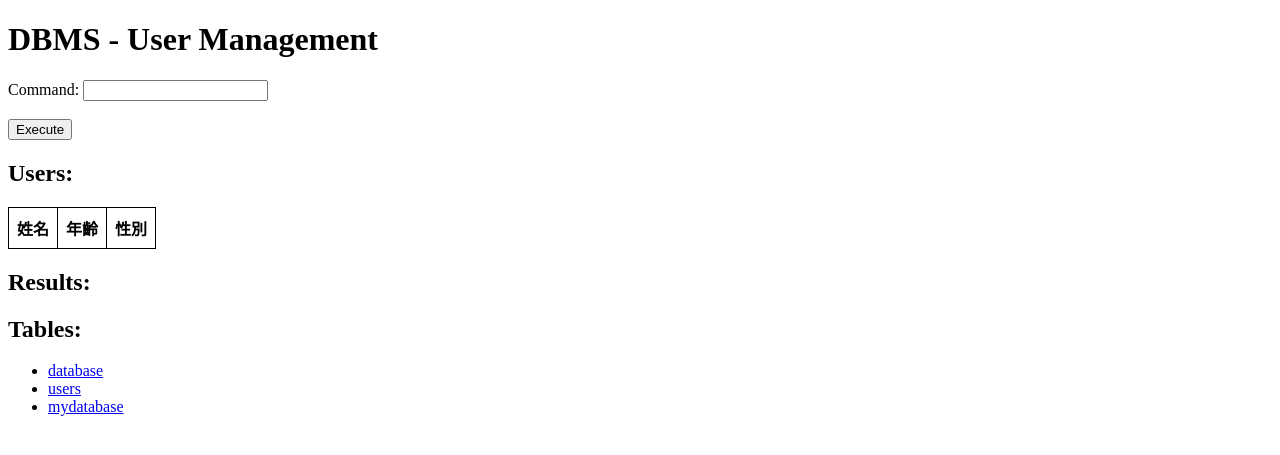
Repository: mark6969/DBMS-use-python
Page: http://localhost/
These files come from the project's save history. The page is drawn as it stood at one moment and after the next save; the edit follows.
The browser window is 1280 px wide. The pictures show the whole page.
The page is served by the project's application, run on Flask 3 (run.py).

Above is the page before, as saved 2023-05-19 15:22:31.

### templates/index.html
<!DOCTYPE html>
<html>
<head>
    <title>DBMS</title>
    <style>
        table {
            border-collapse: collapse;
        }
        th, td {
            border: 1px solid black;
            padding: 8px;
        }
    </style>
</head>
<body>
    <h1>DBMS - User Management</h1>
    <form method="POST" action="/">
        <label for="command">Command:</label>
        <input type="text" name="command" id="command" required>
        <br><br>
        <input type="submit" value="Execute">
    </form>

    <h2>Users:</h2>
    <table>
        <tr>
            <th>姓名</th>
            <th>年齡</th>
            <th>性別</th>
        </tr>
        {% for user in users %}
        <tr>
            <td>{{ user.name }}</td>
            <td>{{ user.age }}</td>
            <td>{{ user.sex }}</td>
        </tr>
        {% endfor %}
    </table>

    <h2>Results:</h2>
    <ul>
        {% for result in results %}
        <li>{{ result }}</li>
        {% endfor %}
    </ul>

    <h2>Tables:</h2>
    <ul>
    {% for table in tables %}
    <li><a href="/table/{{ table }}">{{ table }}</a></li>
    {% endfor %}
    </ul>

</body>
</html>

### run.py
from flask import Flask, render_template, request
import re
import os
import csv

app = Flask(__name__)


# def get_all_users():
#     users = []
#     with open('mydatabase.csv', 'r') as file:
#         reader = csv.DictReader(file)
#         for row in reader:
#             user = {
#                 'name': row['name'],
#                 'age': row['age'],
#                 'sex': row['sex']
#             }
#             users.append(user)
#     return users

def get_all(table):
    data = []
    with open("DBs/%s.csv" % table, 'r') as file:
        reader = csv.DictReader(file)
        for row in reader:
            data.append(row)
    return data

def get_all_tables(database_name):
    tables = []
    csv_filename = f'{database_name}.csv'
    with open(csv_filename, 'r') as file:
        reader = csv.DictReader(file)
        tables = reader.fieldnames
    return tables

def get_all_csv_name():
    tables = []
    for file_name in os.listdir():
        if file_name.endswith('.csv'):
            table_name = os.path.splitext(file_name)[0]
            tables.append(table_name)
    return tables

def add_data(table, data_list):
    with open("DBs/%s.csv" % table, 'r+', newline='') as file:
        # fieldnames = ['name', 'age', 'sex']
        print("add_data")
        db_key = file.readline().replace("\n", "").split(",")
        if len(db_key) == len(data_list):
            writer = csv.writer(file)
            writer.writerow(data_list)
            return True
        return False


def execute_query(query):
    if query.startswith('SELECT'):
        _, column, _, table = query.split()
        return select_data(column, table)
    elif query.startswith('DELETE'):
        _, _, table, _, condition_column, _, condition_value = query.split()
        delete_data(table, condition_column, condition_value)
        return ['Data deleted successfully.']
    elif query.startswith('INSERT'):
        table = query.split()[2]
        values = re.findall(r'\((.*?)\)', query)[0]
        values_list = [value.strip() for value in values.split(',')]
        if add_data(table, values_list):
            return ['Data inserted successfully.']
        else:
            return ['Data inserted error']
    elif query.startswith('CREATE'):
        match = re.search(r'CREATE (\w+) \((.*?)\)', query)
        if match:
            table_name = match.group(1)
            columns = [column.strip() for column in match.group(2).split(',')]
            create_table(table_name, columns)
            return ['Table created successfully.']
        else:
            return ['Invalid query. Please check your input.']
    else:
        return ['Invalid query. Please check your input.']


def select_data(column, table):
    data = []
    with open("DBs/%s.csv" % table, 'r') as file:
        reader = csv.DictReader(file)
        for row in reader:
            if column == '*':
                data.append(row)
            elif column in row:
                data.append({column: row[column]})
    return data


def delete_data(table, condition_column, condition_value):
    with open("DBs/%s.csv" % table, 'r') as file:
        reader = csv.DictReader(file)
        rows = list(reader)

    filtered_rows = [row for row in rows if row.get(condition_column) == condition_value]

    with open("DBs/%s.csv" % table, 'w', newline='') as file:
        fieldnames = rows[0].keys()
        writer = csv.DictWriter(file, fieldnames=fieldnames)
        writer.writeheader()
        writer.writerows(filtered_rows)

def create_table(table_name, columns):
    csv_filename = f'{table_name}.csv'
    with open(csv_filename, 'w', newline='') as file:
        writer = csv.writer(file)
        writer.writerow(columns)

@app.route('/table/<database_name>')
def show_database(database_name=None):
    if database_name is None:
        database_name = 'mydatabase'
    tables = get_all(database_name)
    if len(tables) != 0:
        keys=tables[0].keys()
    else:
        keys=[]
    return render_template('database.html', database=database_name, tables=tables, keys=keys)

@app.route('/', methods=['GET', 'POST'])
def index():
    if request.method == 'POST':
        command = request.form['command']
        results = execute_query(command)
    else:
        results = []

    # users = get_all_users()
    # tables = get_all_tables('mydatabase')
    tables = get_all_csv_name()
    # print("users")
    # print(users)
    print("results")
    print(results)
    return render_template('index.html', results=results, tables=tables)


if __name__ == '__main__':
    app.run(debug=True)

After the next save:
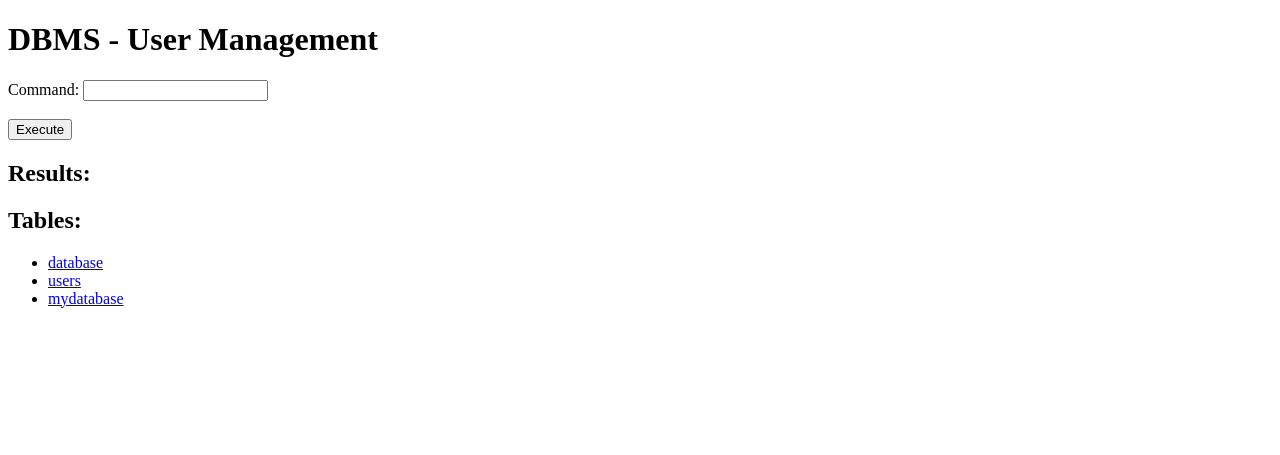
Saved 24 s later.
--- a/templates/index.html
+++ b/templates/index.html
@@ -21,7 +21,7 @@
         <input type="submit" value="Execute">
     </form>
 
-    <h2>Users:</h2>
+    <!-- <h2>Users:</h2>
     <table>
         <tr>
             <th>姓名</th>
@@ -35,7 +35,7 @@
             <td>{{ user.sex }}</td>
         </tr>
         {% endfor %}
-    </table>
+    </table> -->
 
     <h2>Results:</h2>
     <ul>
